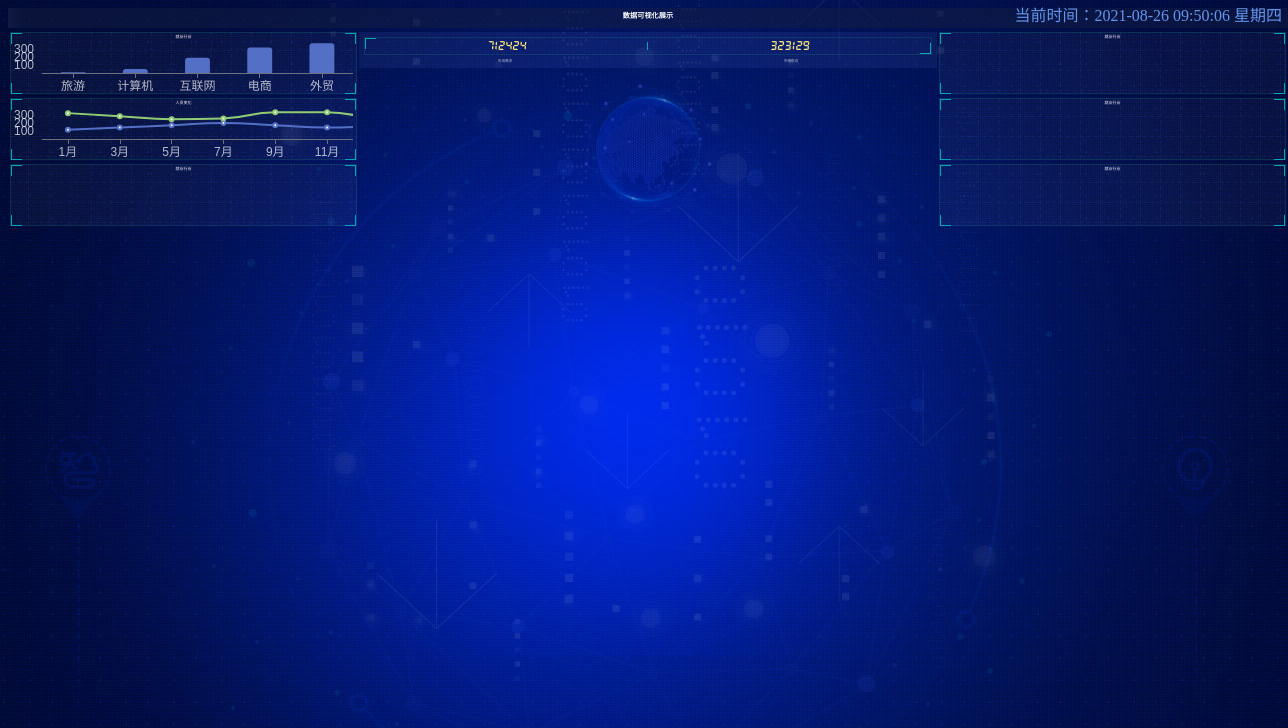
Repository: jiang-1990/DataVM
Page: /
The author's editor kept a copy of each file at every save. The page is drawn from the files as they stood at one save, then again after the next save.
The browser window is 1280 px wide. The page is 1288 px wide, so the pictures cover 1288 px, including what lies to the right of the window. The pictures show the whole page.
The project was rebuilt for these pictures with package versions that can differ from the ones it lists, and the page was loaded fresh each time.

Above is the page before, as saved 2021-08-27 11:30:24.

### index.html
<!DOCTYPE html>
<html>
  <head>
    <meta charset="utf-8">
    <meta name="viewport" content="width=device-width,initial-scale=1.0">
    <title>mydatam</title>
  </head>
  <body>
    <div id="app"></div>
    <!-- built files will be auto injected -->
  </body>
</html>

### src/main.js
// The Vue build version to load with the `import` command
// (runtime-only or standalone) has been set in webpack.base.conf with an alias.
import Vue from 'vue'
import App from './App'
import router from './router'
import 'lib-flexible/flexible.js'
//声明字体
import './font/font.css'

Vue.config.productionTip = false

/* eslint-disable no-new */
new Vue({
  el: '#app',
  router,
  components: { App },
  template: '<App/>'
})

### src/App.vue
<template>
  <div id="app">
    <router-view/>
  </div>
</template>

<script>
export default {
  name: 'App'
}
</script>

<style>
body{
  background-image: url('assets/bg.jpg') ;
  background-Repeat : 'no-repeat';
  background-Size : '100% 100%';
  background-position: center;/* 背景图随屏幕尺寸变化 背景图两边隐藏 图片不压缩 */
}
html,body {
  width: 100%;
  height: 100%;
}

</style>

### src/router/index.js
import Vue from 'vue'
import Router from 'vue-router'
import bigScreen from '@/components/bigScreen'

Vue.use(Router)

export default new Router({
  routes: [
    {
      path: '/',
      name: 'bigScreen',
      component: bigScreen
    }
  ]
})

### src/font/font.css
 /* 声明字体 */
@font-face {
    font-family: 'electronicFont';
    src: url(./DS-DIGIT.ttf);
}

### src/components/bigScreen.vue
<template>
  <div>
    <div class="top">
      <h1>数据可视化展示</h1>
      <span class="time">当前时间：{{ date | dateFormat }}</span>
    </div>
    <div class="mainBox">
      <div class="culonm">
        <div class="panl bar">
          <h2>就业行业</h2>
          <div class="chart" id="bar_l"></div>
          <div class="zhuanjiao"></div>
        </div>

        <div class="panl line">
          <h2>人员变化</h2>
          <div class="chart" id="line_l"></div>
          <div class="zhuanjiao"></div>
        </div>

        <div class="panl pie">
          <h2>就业行业</h2>
          <div class="chart"></div>
          <div class="zhuanjiao"></div>
        </div>
      </div>
      <div class="culonm">
        <div class="num">
          <div class="num-hd">
            <ul>
              <li>712424</li>
              <li>323129</li>
            </ul>
          </div>
          <div class="num-bd">
            <ul>
              <li>市场需求</li>
              <li>市场供应</li>
            </ul>
          </div>
        </div>
        <div class="map">
          <div class="map1"></div>
          <div class="map2"></div>
          <div class="map3"></div>
          <div class="chart"></div>
        </div>
      </div>
      <div class="culonm">
        <div class="panl bar">
          <h2>就业行业</h2>
          <div class="chart"></div>
          <div class="zhuanjiao"></div>
        </div>

        <div class="panl line">
          <h2>就业行业</h2>
          <div class="chart"></div>
          <div class="zhuanjiao"></div>
        </div>

        <div class="panl pie">
          <h2>就业行业</h2>
          <div class="chart"></div>
          <div class="zhuanjiao"></div>
        </div>
      </div>
    </div>
    <!-- <div id="myChart" style="width:1920px; height: 400px;"></div> -->
  </div>
</template>

<script>
// 引入echarts
var echarts = require("echarts");
export default {
  data() {
    return {
      date: new Date(), //当前日期
    };
  },
  // 定义一个局部的过滤器，格式化当前时间
  filters: {
    dateFormat: (dateTime) => {
      var now = new Date(dateTime);
      var y = now.getFullYear();
      var m = (now.getMonth() + 1).toString().padStart(2, "0");
      var d = now.getDate().toString().padStart(2, "0");
      var hh = now.getHours().toString().padStart(2, "0");
      var mm = now.getMinutes().toString().padStart(2, "0");
      var ss = now.getSeconds().toString().padStart(2, "0");
      let week = now.getDay(); // 星期
      let weekArr = [
        "星期日",
        "星期一",
        "星期二",
        "星期三",
        "星期四",
        "星期五",
        "星期六",
      ];
      // 过滤器中要有返回值
      return `${y}-${m}-${d} ${hh}:${mm}:${ss} ${weekArr[week]}`;
    },
  },
  mounted() {
    this.createchartLine_l();
    this.createchartBar_l();
    var _this = this;
    this.timer = setInterval(() => {
      _this.date = new Date(); // 修改日期数据
    }, 1000);
  },
  created() {},
  methods: {
    createchartBar_l() {
      var myChart = echarts.init(document.getElementById("bar_l"));
      var option;
      option = {
        tooltip: {
          trigger: "axis",
          axisPointer: {
            // 坐标轴指示器，坐标轴触发有效
            type: "shadow", // 默认为直线，可选为：'line' | 'shadow'
          },
          backgroundColor: "rgba(0,21,49, 0.7)", //通过设置rgba调节背景颜色与透明度
          borderWidth: 0,
          textStyle: {
            color: "#fff",
          },
        },
        grid: {
          left: "0%",
          right: "0%",
          bottom: "0%",
          top: "3%",
          containLabel: true,
        },

        xAxis: [
          {
            type: "category",
            data: ["旅游", "计算机", "互联网", "电商", "外贸"],
            axisTick: {
              alignWithLabel: true,
            },
            splitLine: {
              show: false,
            },
            axisLabel: {
              color: "rgba(255,255,255, 0.7)",
            },
          },
        ],
        yAxis: [
          {
            type: "value",
            splitLine: {
              show: false,
            },
            axisLabel: {
              color: "rgba(255,255,255, 0.7)",
            },
          },
        ],
        series: [
          {
            name: "直接访问",
            type: "bar",
            barWidth: "40%",
            data: [10, 52, 200, 334, 390],
            itemStyle: {
              borderRadius: [3, 3, 0, 0],
            },
          },
        ],
      };
      myChart.setOption(option);
    },
    createchartLine_l() {
      var myChart = echarts.init(document.getElementById("line_l"));
      console.log(myChart);
      var option = {
        tooltip: {
          trigger: "axis",
          backgroundColor: "rgba(0,21,49, 0.7)", //通过设置rgba调节背景颜色与透明度
          borderWidth: 0,
          textStyle: {
            color: "#fff",
          },
        },
        legend: {
          data: ["新增粉丝", "新增游客"],
        },
        grid: {
          left: "0%",
          right: "0%",
          bottom: "0%",
          top: "3%",
          containLabel: true,
        },

        xAxis: [
          {
            type: "category",
            data: ["1月", "3月", "5月", "7月", "9月", "11月"],
            axisTick: {
              alignWithLabel: true,
            },
            splitLine: {
              show: false,
            },
            axisLabel: {
              color: "rgba(255,255,255, 0.7)",
            },
          },
        ],
        yAxis: [
          {
            type: "value",
            splitLine: {
              show: false,
            },
            axisLabel: {
              color: "rgba(255,255,255, 0.7)",
            },
          },
        ],
        series: [
          {
            name: '邮件营销',
            type: 'line',
            stack: '总量',
            smooth: true,
            data: [120, 150, 180, 210, 180, 150, 180]
        },
        {
            name: '联盟广告',
            type: 'line',
            stack: '总量',
            smooth: true,
            data: [220, 150, 80, 60, 170, 200, 230]
        },
        ],
      };
      myChart.setOption(option);
    },
  },
};
</script>

<style scoped>
@import "../css/bigScreen.css";
</style>

### src/css/bigScreen.css
* {
  margin: 0;
  padding: 0;
  box-sizing: border-box;
}
li {
  list-style-type: none;
}
.top {
  height: 1.25rem;
  background: url(../assets/head_bg.png) no-repeat;
  box-sizing: 100% 100%;
  position: relative;
}
.top h1 {
  font-size: 0.45rem;
  line-height: 1rem;
  color: #ffffff;
  text-align: center;
}
.top .time {
  line-height: 0.9375rem;
  position: absolute;
  right: 0.375rem;
  top: 0;
  color: cornflowerblue;
}
.mainBox {
  min-width: 1024px;
  max-width: 1920px;
  margin: 0 auto;
  display: flex;
  padding: 0.25rem 0.125rem 0;
}
.mainBox .culonm {
  flex: 3;
}
.mainBox .culonm:nth-child(2) {
  flex: 5;
  margin: 0 0.125rem 0.1875rem;
}
.mainBox .panl {
  position: relative;
  height: 3.875rem;
  border: 0.0125rem solid rgba(25, 186, 139, 0.17);
  background: url(../assets/line.png) rgba(255, 255, 255, 0.03);
  padding: 0 0.1875rem 0.25rem;
  margin-bottom: 0.25rem;
}
.mainBox .panl::before {
  position: absolute;
  top: 0;
  left: 0;
  width: 10px;
  height: 10px;
  border-left: 1px solid #02a6b5;
  border-top: 1px solid #02a6b5;
  content: "";
}
.mainBox .panl::after {
  position: absolute;
  top: 0;
  right: 0;
  width: 10px;
  height: 10px;
  border-right: 1px solid #02a6b5;
  border-top: 1px solid #02a6b5;
  content: "";
}
.mainBox .panl .zhuanjiao {
  width: 100%;
  height: 10px;
  position: absolute;
  bottom: 0px;
  left: 0;
}
.mainBox .panl .zhuanjiao::before {
  position: absolute;
  top: 0;
  left: 0;
  width: 10px;
  height: 10px;
  border-left: 1px solid #02a6b5;
  border-bottom: 1px solid #02a6b5;
  content: "";
}
.mainBox .panl .zhuanjiao::after {
  position: absolute;
  top: 0;
  right: 0;
  width: 10px;
  height: 10px;
  border-right: 1px solid #02a6b5;
  border-bottom: 1px solid #02a6b5;
  content: "";
}
.mainBox .panl h2 {
  font-size: 0.25rem;
  color: #ffffff;
  line-height: 0.5rem;
  text-align: center;
  height: 0.5rem;
  font-weight: 400;
}
.mainBox .panl .chart {
  height: 3.25rem;
}
.mainBox .num {
  background: rgba(101, 132, 226, 0.1);
  padding: 0.1875rem;
}
.mainBox .num .num-hd {
  position: relative;
  margin: 0.125rem;
  border: 1px solid rgba(25, 186, 139, 0.17);
}
.mainBox .num .num-hd::before {
  position: absolute;
  top: 0;
  left: 0;
  width: 10px;
  height: 10px;
  border-left: 1px solid #02a6b5;
  border-top: 1px solid #02a6b5;
  content: "";
}
.mainBox .num .num-hd::after {
  position: absolute;
  bottom: 0;
  right: 0;
  width: 10px;
  height: 10px;
  border-right: 1px solid #02a6b5;
  border-bottom: 1px solid #02a6b5;
  content: "";
}
.mainBox .num .num-hd ul {
  display: flex;
}
.mainBox .num .num-hd ul li {
  flex: 1;
  line-height: 1rem;
  font-size: 0.875rem;
  color: #ffeb7b;
  text-align: center;
  font-family: electronicFont;
}
.mainBox .num .num-hd ul li:nth-child(1) {
  position: relative;
}
.mainBox .num .num-hd ul li:nth-child(1)::after {
  position: absolute;
  top: 25%;
  right: 0;
  height: 50%;
  border-right: 1px solid #02a6b5;
  content: "";
}
.mainBox .num .num-bd {
  position: relative;
}
.mainBox .num .num-bd ul {
  display: flex;
}
.mainBox .num .num-bd ul li {
  flex: 1;
  line-height: 0.5rem;
  font-size: 0.225rem;
  color: rgba(255, 255, 255, 0.7);
  text-align: center;
}
.mainBox .map {
  height: 10.125rem;
  position: relative;
}
.mainBox .map .map1 {
  width: 6.475rem;
  height: 6.475rem;
  position: absolute;
  top: 50%;
  left: 50%;
  transform: translate(-50%, -50%);
  background: url(../assets/map.png);
  background-size: 100% 100%;
  opacity: 0.3;
}
.mainBox .map .map2 {
  width: 8.0375rem;
  height: 8.0375rem;
  position: absolute;
  top: 50%;
  left: 50%;
  transform: translate(-50%, -50%);
  background: url(../assets/lbx.png);
  background-size: 100% 100%;
  animation: rotatel1 20s linear infinite;
  opacity: 0.6;
}
@keyframes rotatel1 {
  from {
    transform: translate(-50%, -50%) rotate(0deg);
  }
  to {
    transform: translate(-50%, -50%) rotate(360deg);
  }
}
.mainBox .map .map3 {
  width: 7.075rem;
  height: 7.075rem;
  position: absolute;
  top: 50%;
  left: 50%;
  transform: translate(-50%, -50%);
  background: url(../assets/jt.png);
  background-size: 100% 100%;
  animation: rotatel2 15s linear infinite;
  opacity: 0.6;
}
@keyframes rotatel2 {
  from {
    transform: translate(-50%, -50%) rotate(0deg);
  }
  to {
    transform: translate(-50%, -50%) rotate(-360deg);
  }
}
.mainBox .map .chart {
  height: 10.125rem;
}

After the next save:
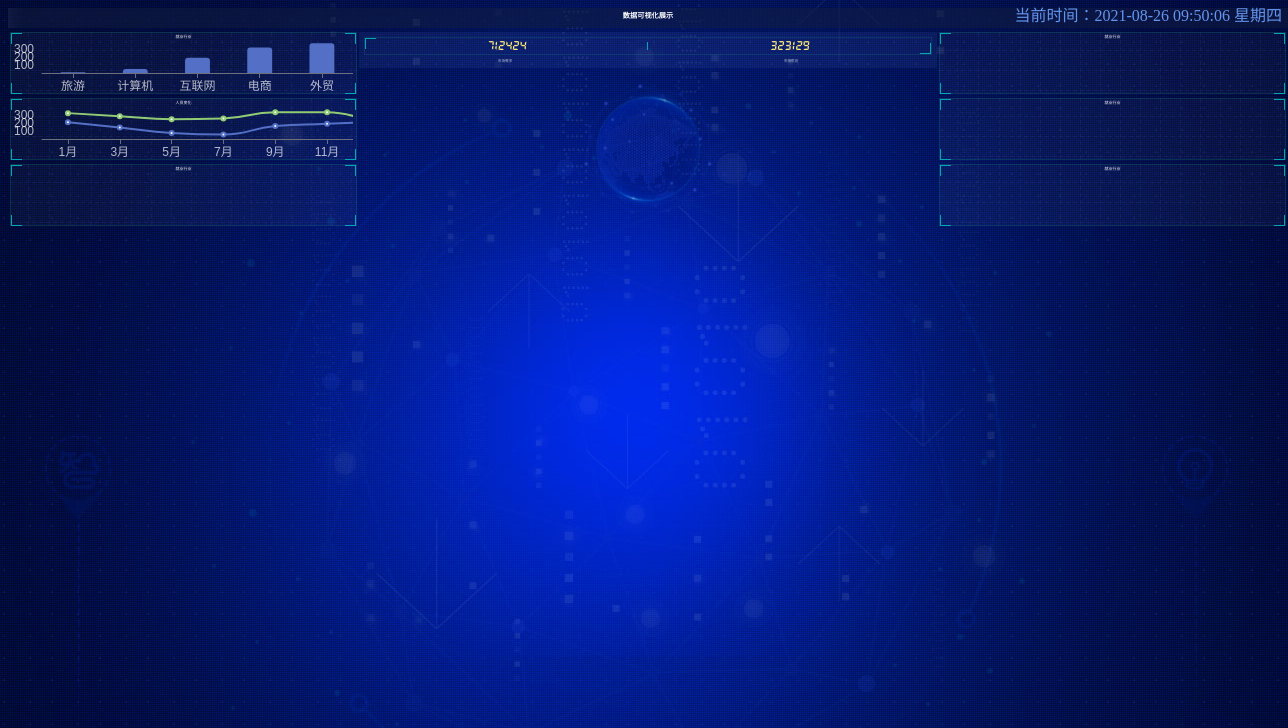
Saved 14 s later.
--- a/src/components/bigScreen.vue
+++ b/src/components/bigScreen.vue
@@ -228,19 +228,20 @@ export default {
         ],
         series: [
           {
+            name: '联盟广告',
+            type: 'line',
+            stack: '总量',
+            smooth: true,
+            data: [220, 150, 80, 60, 170, 200, 230]
+        },
+          {
             name: '邮件营销',
             type: 'line',
             stack: '总量',
             smooth: true,
             data: [120, 150, 180, 210, 180, 150, 180]
         },
-        {
-            name: '联盟广告',
-            type: 'line',
-            stack: '总量',
-            smooth: true,
-            data: [220, 150, 80, 60, 170, 200, 230]
-        },
+
         ],
       };
       myChart.setOption(option);
